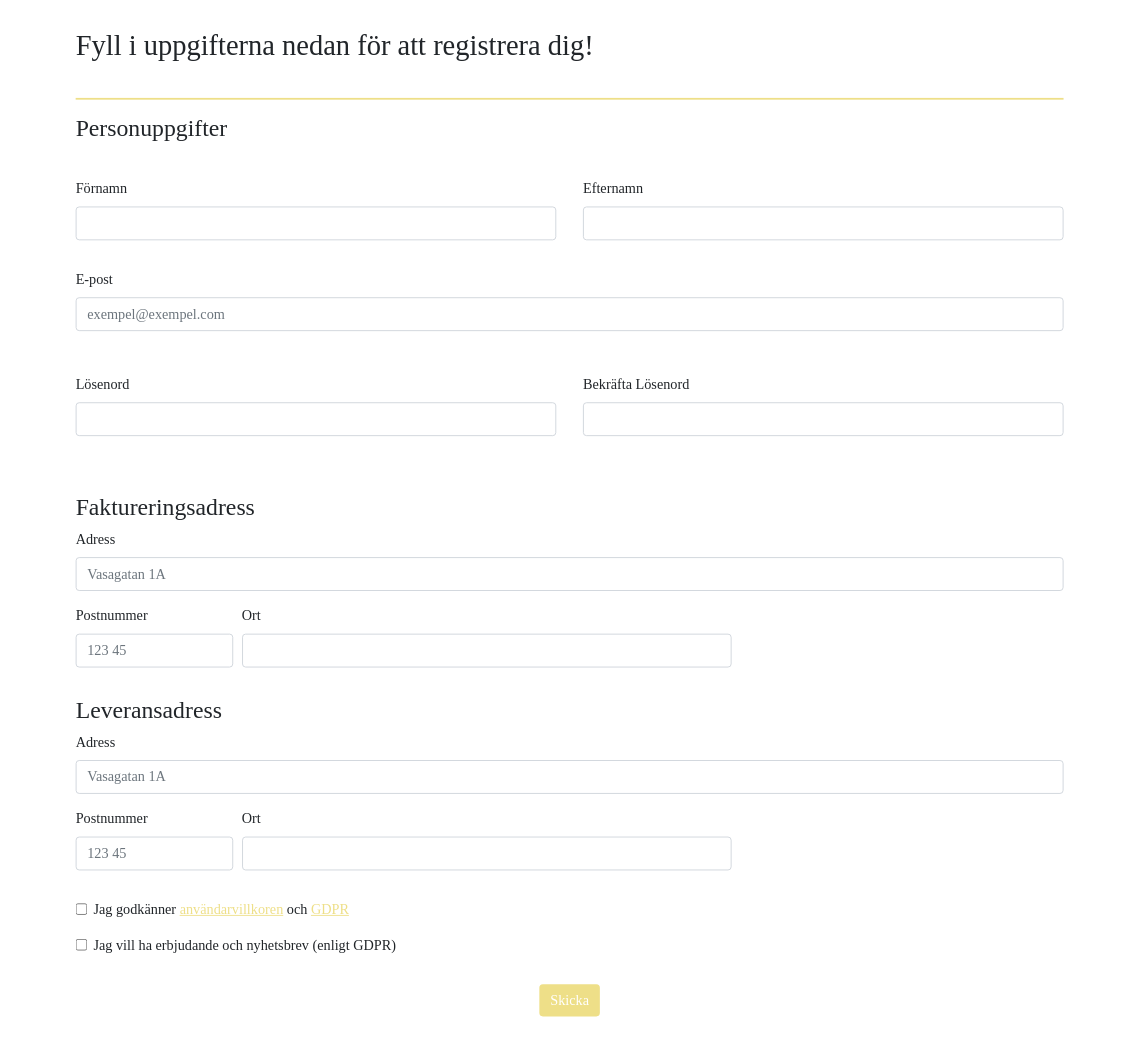
Repository: skepp4rn/Liamsuppgift3
Page: index.html
An editor plug-in stored every save of this project. The page is shown before and after the next save, followed by the edit.
The browser window is 1280 px wide. The pictures show the whole page, at 89% of full size.
Some web libraries are served in a nearby version.

Above is the page before, as saved 2020-12-06 13:26:35.
Console error (its wording comes from the project's code and is left out).

### index.html
<!DOCTYPE html>
<html lang="sv">
<head>
    <meta charset="UTF-8">
    <meta name="viewport" content="width=device-width, initial-scale=1.0">
    <script src="https://kit.fontawesome.com/ef4c0722a8.js" crossorigin="anonymous"></script>
    <link rel="stylesheet" href="https://cdn.jsdelivr.net/npm/bootstrap@4.5.3/dist/css/bootstrap.min.css" integrity="sha384-TX8t27EcRE3e/ihU7zmQxVncDAy5uIKz4rEkgIXeMed4M0jlfIDPvg6uqKI2xXr2" crossorigin="anonymous">
    <link rel="stylesheet" href="css/style.css">
     <title>Registreringsfromulär</title>
</head>
<body>


    <section class="container">
        <div class="formReg1">
            <h2>Fyll i uppgifterna nedan för att registrera dig!</h2>
        </div>
    </section>


    <form class="container" oninput='up2.setCustomValidity(up2.value != up.value ? "Passwords do not match." : "")'>
        <div class="line1"></div>
        <div>
            <h3>Personuppgifter</h3>
        </div>


        <div class="row">
            <div class="col">
                <label for="firstname">Förnamn</label>
                <input id="firstname" type="text" class="form-control" required>
            </div>

            <div class="col">
                <label for="lastname">Efternamn</label>
                <input id="lastname" type="text" class="form-control" required>
            </div>
        </div>


        <div class="form-group">
            <label for="exampleInputEmail1">E-post</label>
            <input type="email" class="form-control" id="exampleInputEmail1" aria-describedby="emailHelp" placeholder="exempel@exempel.com" required>
        </div>


        <div class="row">
            <div class="col">
                <div class="form-group">
                    <label for="exampleInputPassword1">Lösenord</label>
                    <input type="password" class="form-control" name="up" id="exampleInputPassword1" required>
                </div>
            </div>
            <div class="col">
                <div class="form-group space">
                    <label for="exampleInputPassword2">Bekräfta Lösenord</label>
                    <input type="password" class="form-control" name="up2" id="exampleInputPassword2" required>
                </div>
            </div>
        </div>


        <div class="adress1"></div>
        <div>
            <h3>Faktureringsadress</h3>
        </div>


        <div class="form-group">
            <label for="inputAddress">Adress</label>
            <input type="text" class="form-control" id="inputAddress" placeholder="Vasagatan 1A" required>
        </div>


        <div class="form-row">
            <div class="form-group col-md-2">
                <label for="inputZip">Postnummer</label>
                <input type="text" class="form-control" id="inputZip" placeholder="123 45" required>
            </div>
            <div class="form-group col-md-6 bottenspace">
                <label for="inputCity">Ort</label>
                <input type="text" class="form-control" id="inputCity" required>
            </div>
        </div>


        <div class="adress1"></div>
        <div>
            <h3>Leveransadress</h3>
        </div>


        <div class="form-group">
            <label for="inputAddress">Adress</label>
            <input type="text" class="form-control" id="inputAddress" placeholder="Vasagatan 1A" required>
        </div>


        <div class="form-row">
            <div class="form-group col-md-2">
                <label for="inputZip">Postnummer</label>
                <input type="text" class="form-control" id="inputZip" placeholder="123 45" required>
            </div>
            <div class="form-group col-md-6 bottenspace">
                <label for="inputCity">Ort</label>
                <input type="text" class="form-control" id="inputCity" required>
            </div>
        </div>


        <div class="form-group form-check">
            <input type="checkbox" class="form-check-input" id="exampleCheck1" required>
            <label class="form-check-label" for="exampleCheck1">Jag godkänner <a class="linktext" href="anvandrarvillkor.html">användarvillkoren</a> och <a class="linktext" href="GDPR.html">GDPR</a></label>
        </div>


        <div class="form-group form-check">
            <input type="checkbox" class="form-check-input" id="exampleCheck2">
            <label class="form-check-label" for="exampleCheck1">Jag vill ha erbjudande och nyhetsbrev (enligt GDPR)</label>
        </div>


        <div class="button-center">
            <button formaction="thankyou.html" type="submit" class="colorbutton btn btn-primary">Skicka</button>
        </div>


        <div class="whitespace"></div>
    </form>

    <script src="https://cdn.jsdelivr.net/npm/bootstrap@4.5.3/dist/js/bootstrap.bundle.min.js" integrity="sha384-ho+j7jyWK8fNQe+A12Hb8AhRq26LrZ/JpcUGGOn+Y7RsweNrtN/tE3MoK7ZeZDyx" crossorigin="anonymous"></script>
</body>
</html>

### css/style.css
*{box-sizing:border-box}

html,body{margin:0;padding:0;font-family:'Times New Roman', Times, serif}
h3{font-size:20pt}.container{width:95vw;margin:auto}
.row{padding-top:2rem;display:grid;grid-template-columns:2fr;grid-template-rows:2fr 2fr}
.col{padding-bottom:2rem}
.whitespace{height:3rem}
@media (min-width: 768px){.row{display:grid;grid-template-rows:2fr;grid-template-columns:2fr 2fr}
.closepage{width:12vw;height:7vw !important;font-size:25pt}
.formReg1{grid-template-rows:15fr 1fr !important;padding-top:2rem;padding-bottom:2rem}
.thanks{width:70vw;margin:auto;height:40vw}
.thankyou{text-align:center;padding:2rem}}
@media (min-width: 1900px){.container{width:100vw !important}
.thanks{width:50vw;margin:auto;height:20vw}.tillbaka{width:12vw !important;height:2.5vw !important;font-size:20pt}
.formReg1{grid-template-rows:15fr 1fr !important;padding-top:2rem;padding-bottom:2rem}}
#firstname{color:grey}
#lastname{color:grey}
#exampleInputEmail1{color:grey}
#exampleInputPassword1{color:grey}
#exampleInputPassword2{color:grey}
.button-center{padding-top:1rem;display:flex;justify-content:center}
.colorbutton{background-color:#eedf88;border:none}
.line1{height:2px;background-color:#eedf88;margin-bottom:1rem}
.bottenspace{margin-bottom:2rem}
.linktext{color:#eedf88;text-decoration:underline}
.thanks{border:2px solid #eedf88;border-radius:10px;display:grid;grid-template-columns:1fr;grid-template-rows:3fr 1fr;justify-items:center;margin-top:8rem}
.thankyou{text-align:center;padding:2rem}
.closepage{background-color:#eedf88;border-radius:8px;text-align:center;width:40vw;height:7vw}
.closepage p{color:#ffffff;text-decoration:none}
.home{text-align:center}
.centrerade{display:grid;grid-template-columns:1fr;grid-template-rows:27fr 1fr;justify-items:center;margin:auto}
.gdpr{text-align:center}.welcome{padding-top:2rem;text-align:center}
.welcome h2{color:#eedf88}
.space{padding-bottom:1rem}

After the next save:
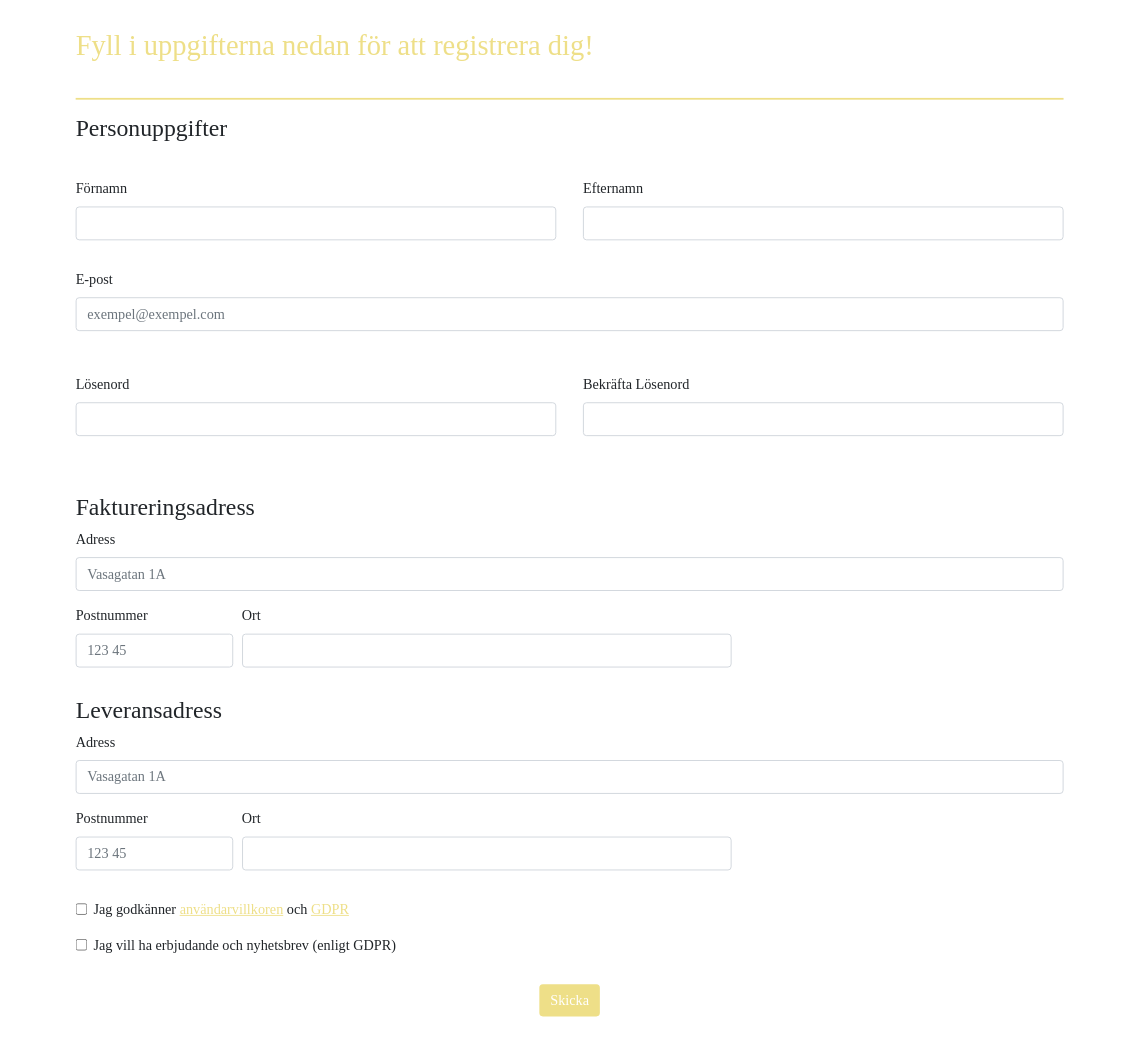
Saved 13 s later.
--- a/css/style.css
+++ b/css/style.css
@@ -30,5 +30,5 @@
 .home{text-align:center}
 .centrerade{display:grid;grid-template-columns:1fr;grid-template-rows:27fr 1fr;justify-items:center;margin:auto}
 .gdpr{text-align:center}.welcome{padding-top:2rem;text-align:center}
-.welcome h2{color:#eedf88}
+.formReg1 h2{color:#eedf88}
 .space{padding-bottom:1rem}

After the save that followed:
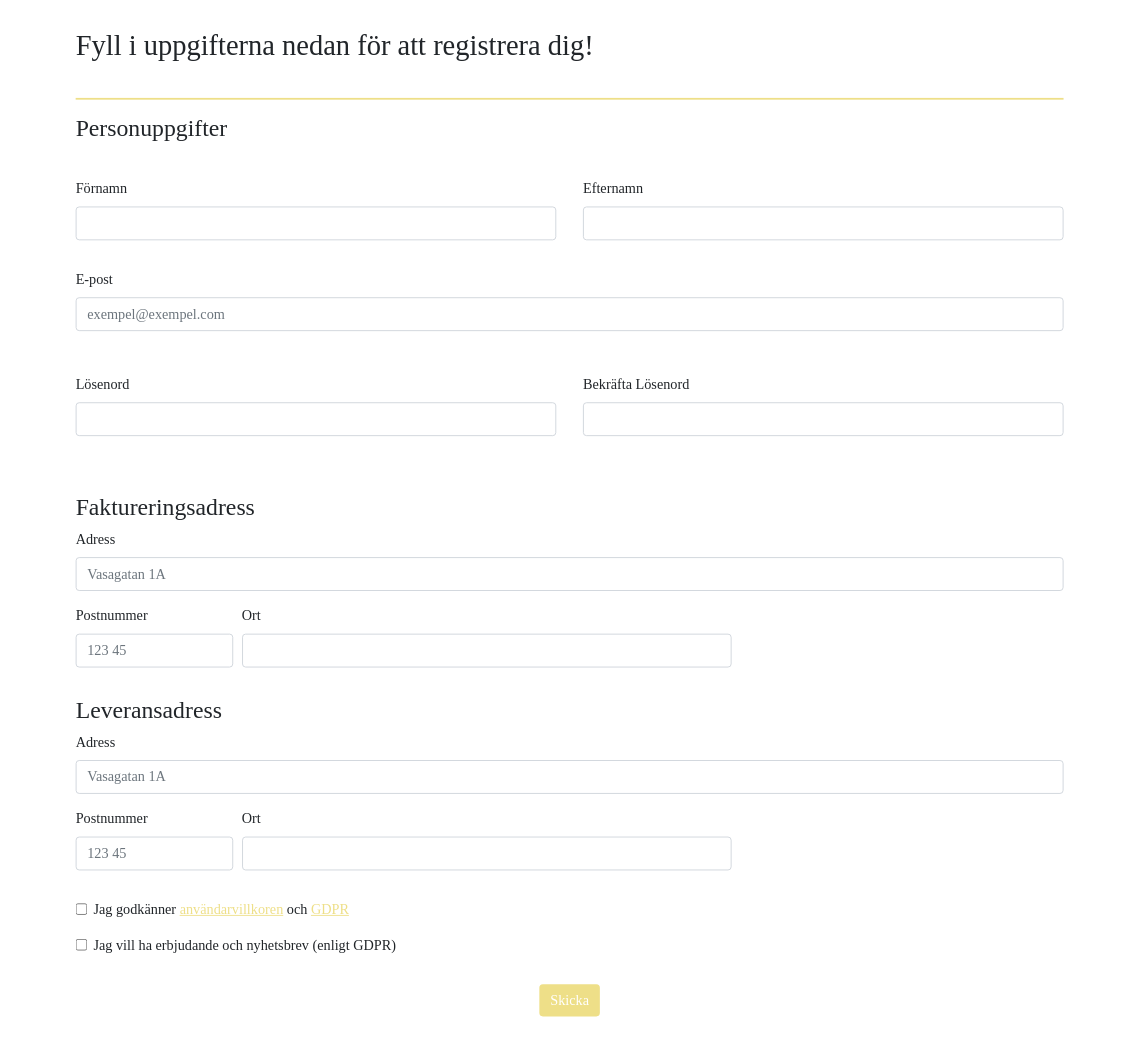
Saved 4 s later.
--- a/css/style.css
+++ b/css/style.css
@@ -30,5 +30,5 @@
 .home{text-align:center}
 .centrerade{display:grid;grid-template-columns:1fr;grid-template-rows:27fr 1fr;justify-items:center;margin:auto}
 .gdpr{text-align:center}.welcome{padding-top:2rem;text-align:center}
-.formReg1 h2{color:#eedf88}
+.welcome h2{color:#eedf88}
 .space{padding-bottom:1rem}
